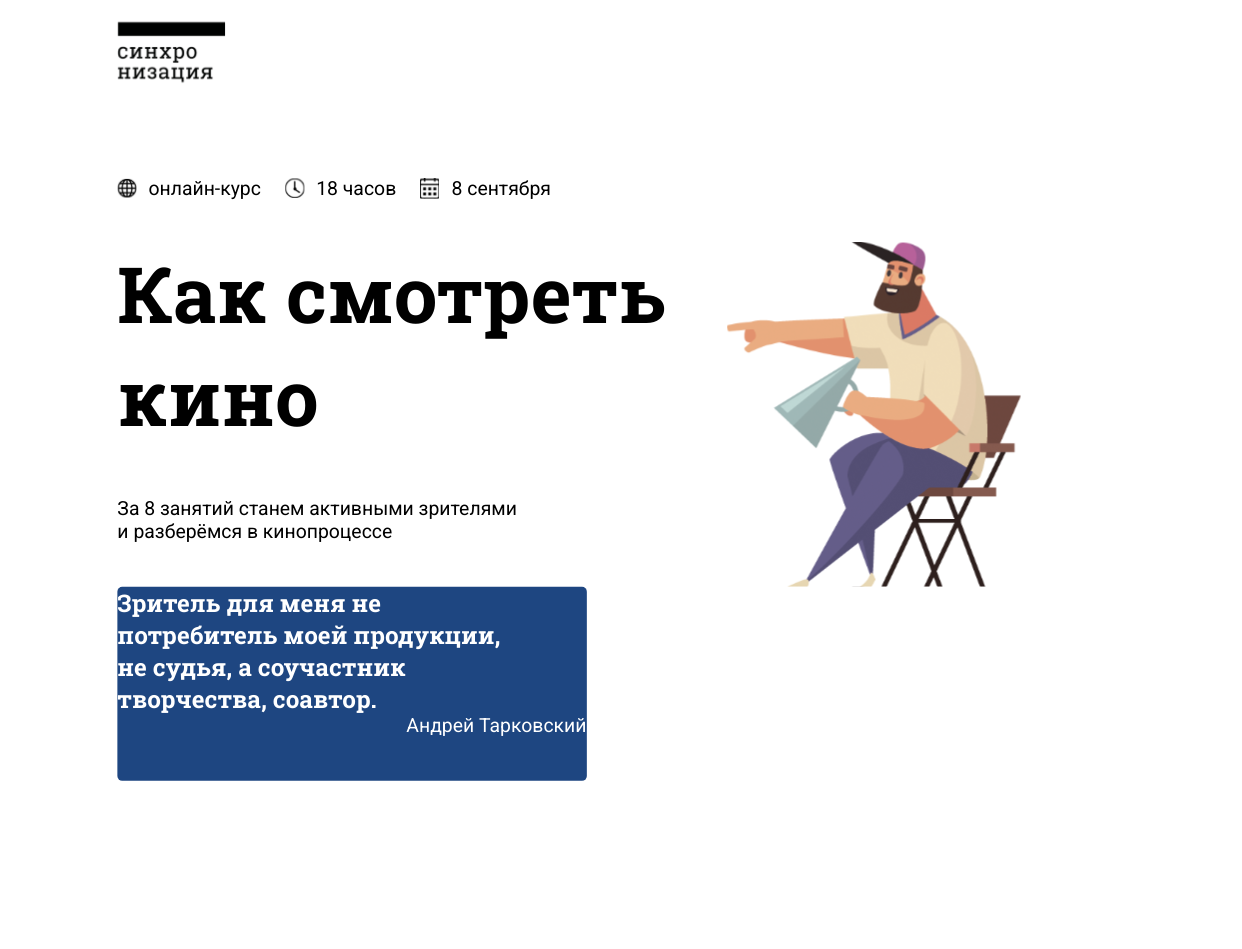
Repository: kubrazamanova/project1
Page: index.html
An editor plug-in stored every save of this project. The page is shown before and after a run of saves, followed by the edit.
The browser window is 1280 px wide. The pictures show the whole page, at 97% of full size.

Above is the page before, as saved 2023-09-09 13:06:51.

After the next 3 saves:
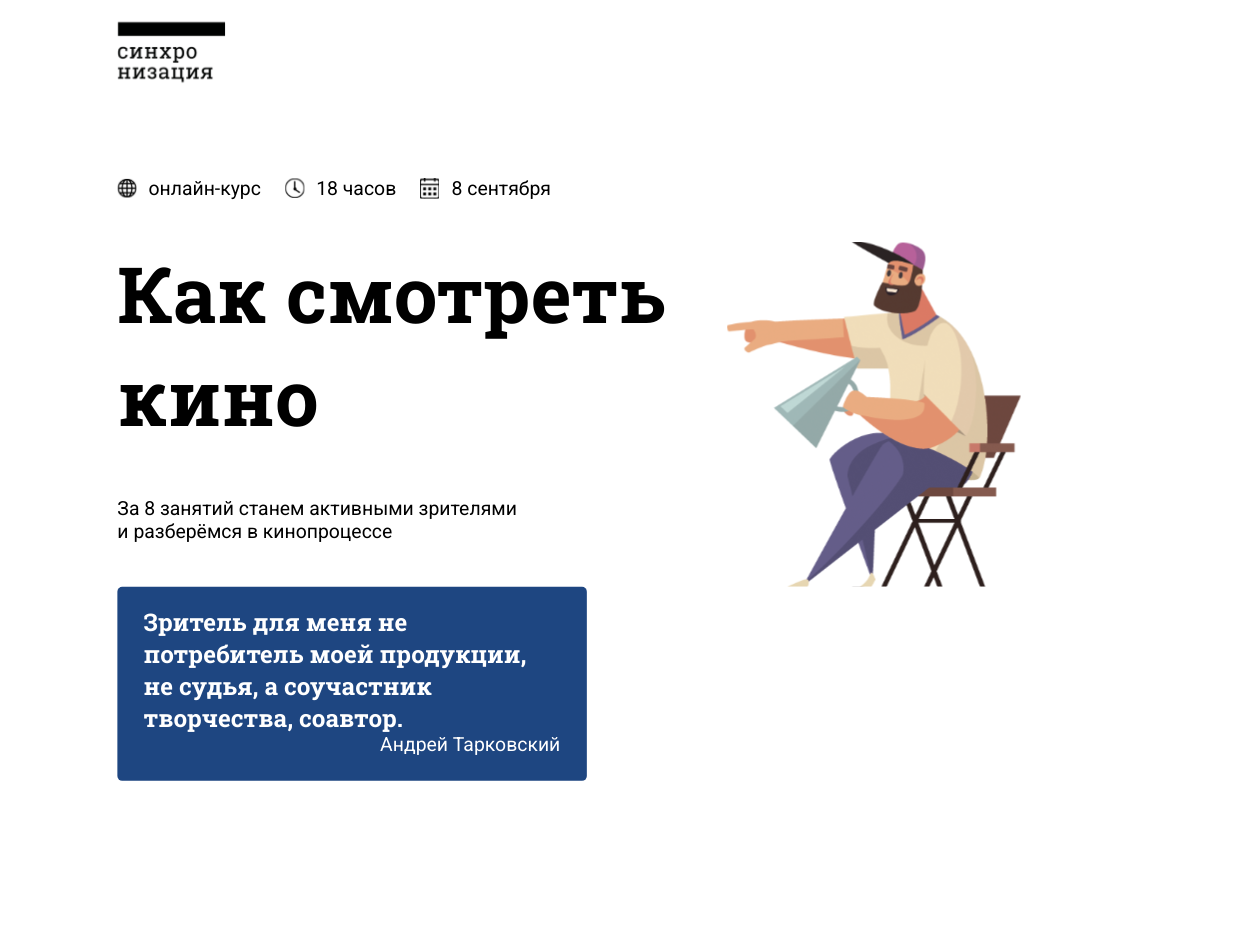
The 3 saves are shown as one change because they came seconds apart.
The last was saved 33 s later.
--- a/index.css
+++ b/index.css
@@ -61,6 +61,7 @@
 }
 
 .container .card-box {
+    padding: 19px 27px;
   border-radius: 5px;
   background: #1e4681;
   width: 483.635px;

After the save that followed:
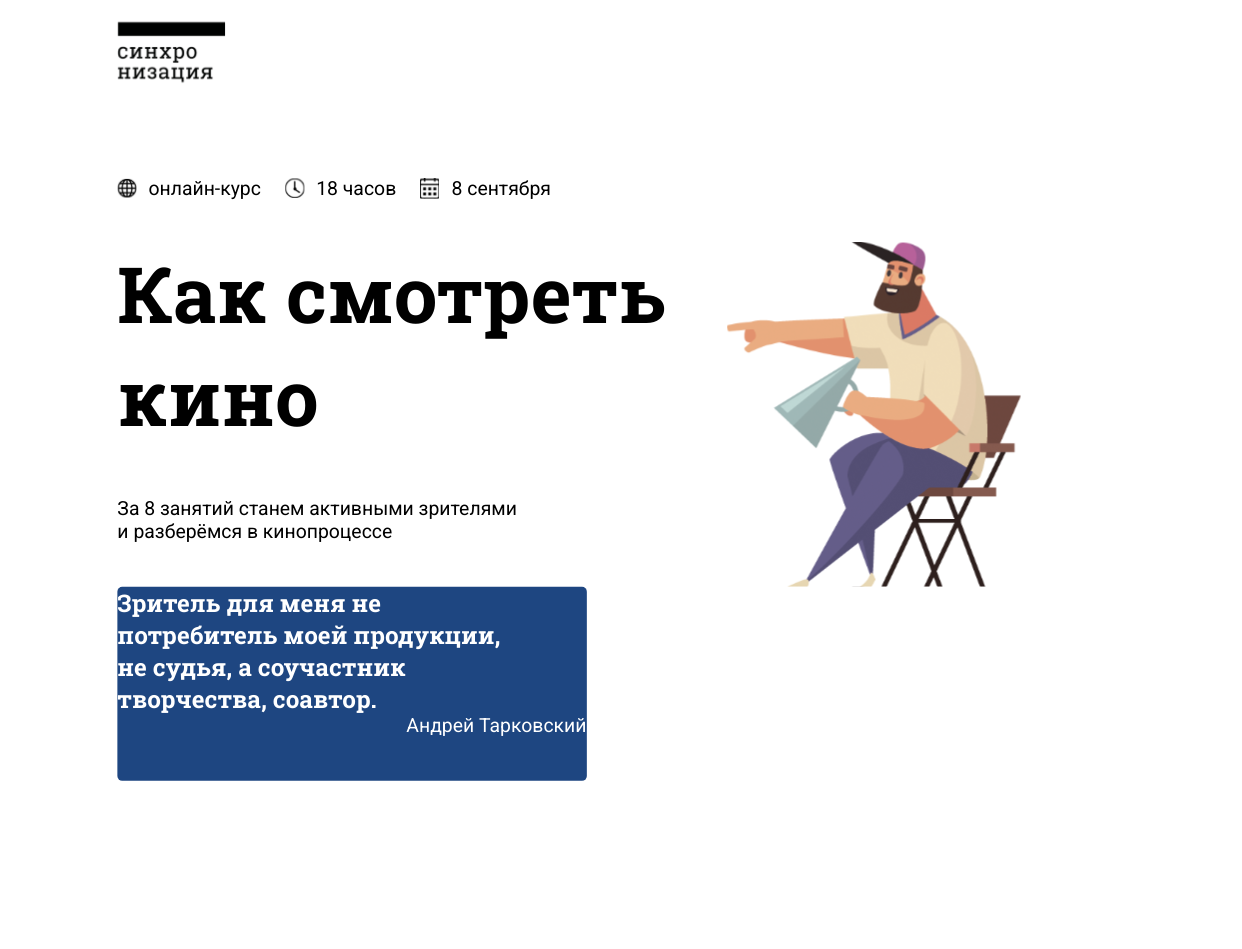
Saved 16 s later.
--- a/index.css
+++ b/index.css
@@ -61,7 +61,7 @@
 }
 
 .container .card-box {
-    padding: 19px 27px;
+    /* padding: 19px 27px; */
   border-radius: 5px;
   background: #1e4681;
   width: 483.635px;
